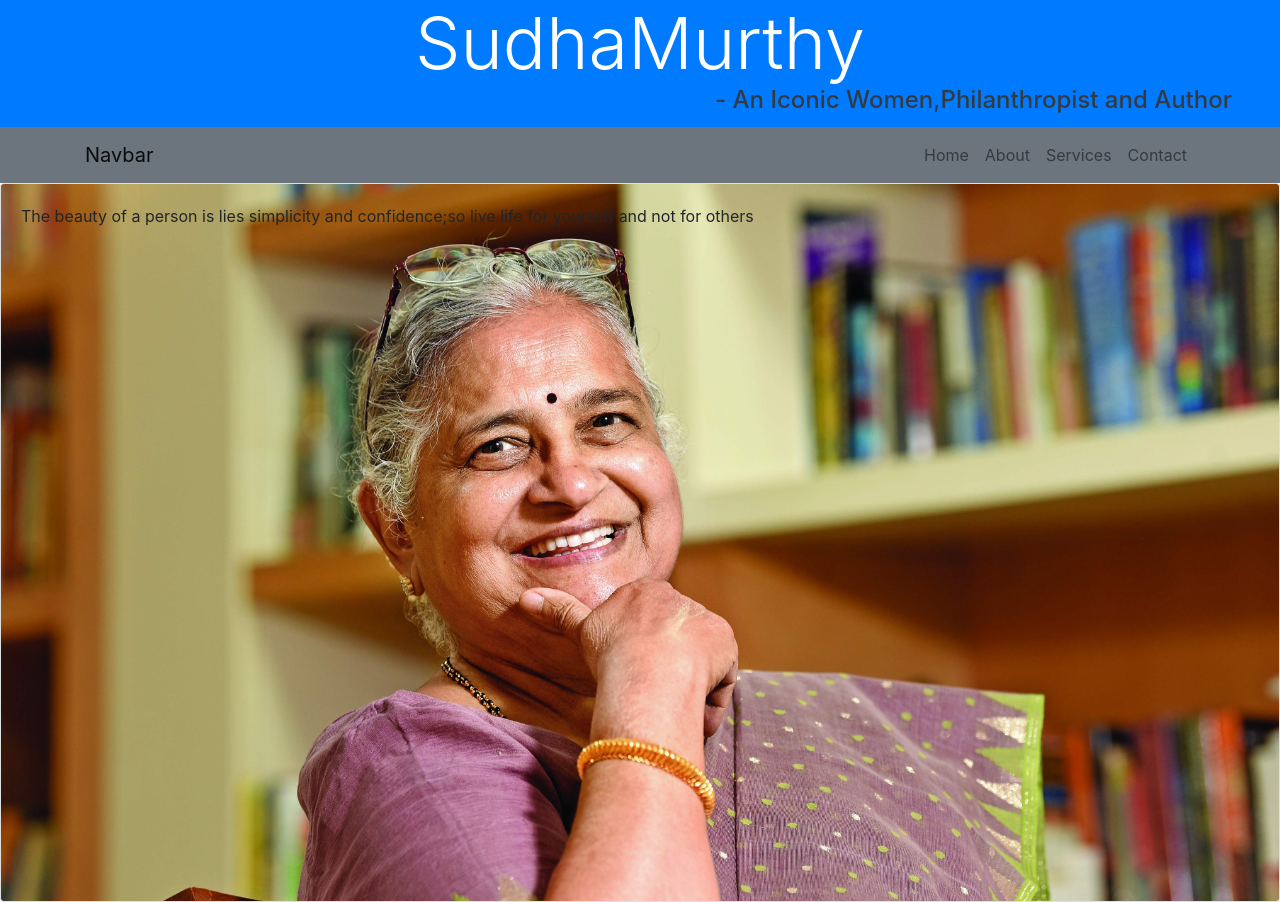
Repository: sumanthr18/RoleModel
Page: index.html
The author's editor kept a copy of each file at every save. The page is drawn from the files as they stood at one save, then again after the next save.
The browser window is 1280 px wide. The pictures show the whole page.

Above is the page before, as saved 2020-03-14 15:22:01.

After the next save:
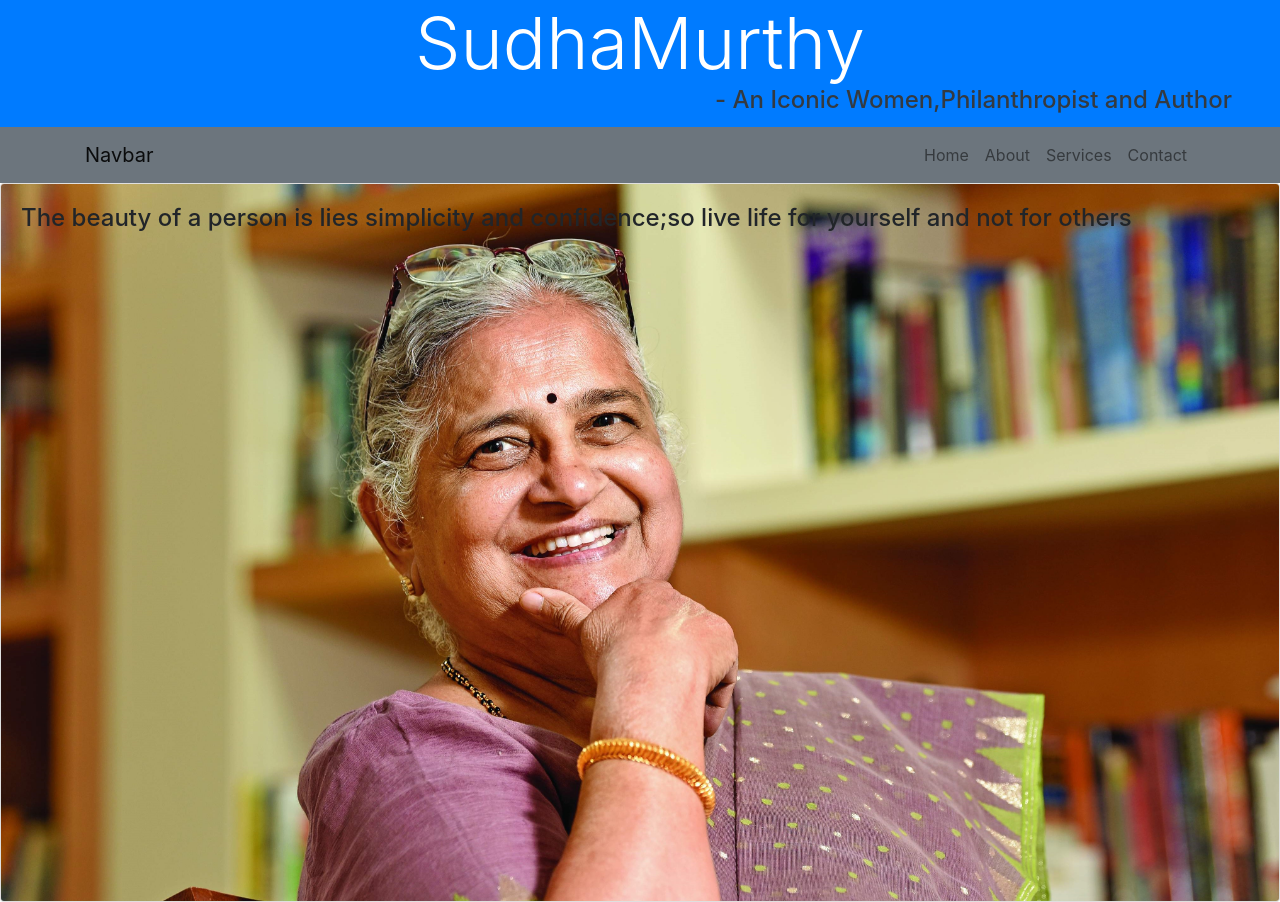
Saved 58 s later.
--- a/index.html
+++ b/index.html
@@ -38,7 +38,7 @@
     <div class="card">
         <img class="card-img" src="Sudha_Murty_1-update.jpg">
         <div class="card-img-overlay">
-            <p class="card-text">The beauty of a person is lies simplicity and confidence;so live life for yourself and not for others</p>
+            <h4 class="card-text text-">The beauty of a person is lies simplicity and confidence;so live life for yourself and not for others</h4>
         </div>
     </div>
 </body>
